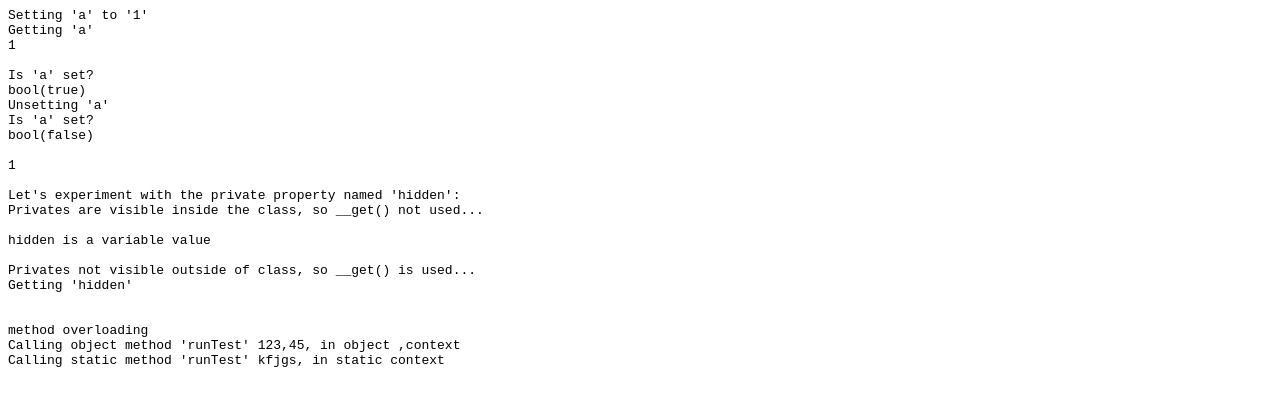
Repository: jyotsna1234/bugappmvc
Page: http://localhost/overloading.php
These files come from the project's save history. The page is drawn as it stood at one moment and after the next save; the edit follows.
The browser window is 1280 px wide. The pictures show the whole page.
The page is run by PHP 8.4 with error messages shown; the project is at /var/www/html/.

Above is the page before, as saved 2014-04-09 04:17:32.

### oops_php/overloading.php
<?php

 ini_set('displayerror', 1);

class PropertyTest
{
    /**  Location for overloaded data.  */
    private $data = array();

    /**  Overloading not used on declared properties.  */
    public $declared = 1;

    /**  Overloading only used on this when accessed outside the class.  */
    private $hidden = 'hidden';

    public function __set($name, $value)
    {
        echo "Setting '$name' to '$value'\n";
        $this->data[$name] = $value;
    }

    public function __get($name)
    {
        echo "Getting '$name'\n";
        if (array_key_exists($name, $this->data)) {
            return $this->data[$name];
        }

        return null;
    }

    /**  As of PHP 5.1.0  */
    public function __isset($name)
    {
        echo "Is '$name' set?\n";
        return isset($this->data[$name]);
    }

    /**  As of PHP 5.1.0  */
    public function __unset($name)
    {
        echo "Unsetting '$name'\n";
        unset($this->data[$name]);
    }

    /**  Not a magic method, just here for example.  */
    public function getHidden()
    {
        return $this->hidden;
    }
}

echo "<pre>\n";

$obj = new PropertyTest;

$obj->a = 1;
echo $obj->a . "\n\n";

var_dump(isset($obj->a));
unset($obj->a);
var_dump(isset($obj->a));
echo "\n";

echo $obj->declared . "\n\n";

echo "Let's experiment with the private property named 'hidden':\n";
echo "Privates are visible inside the class, so __get() not used...\n<br>";
echo $obj->getHidden() .  " is a variable value"."\n<br>";
echo "Privates not visible outside of class, so __get() is used...\n";
echo $obj->hidden . "\n\n";

 echo "method overloading\n";


class MethodTest
{
    public function __call($name, $arguments)
    {
        // Note: value of $name is case sensitive.
        echo "Calling object method '$name' "
             . implode(', ', $arguments). "\n";
    }

    /**  As of PHP 5.3.0  */
    public static function __callStatic($name, $arguments)
    {
        // Note: value of $name is case sensitive.
        echo "Calling static method '$name' "
             . implode(', ', $arguments). "\n";
    }
}

$obj = new MethodTest;
$obj->runTest('123,45','in object ,context');

MethodTest::runTest('kfjgs','in static context');  // As of PHP 5.3.0





/*function overloading is not possible but ic an be done through call and call_static
 * class Overloading  {
	var $data;
	var $value;
	public function method1()
	{
	echo "enterd into method";

	}

}
$overload1=new Overloading();

  $overload1->method1();

 $overload1->method1('name','dale');

*/
?>

After the next save:
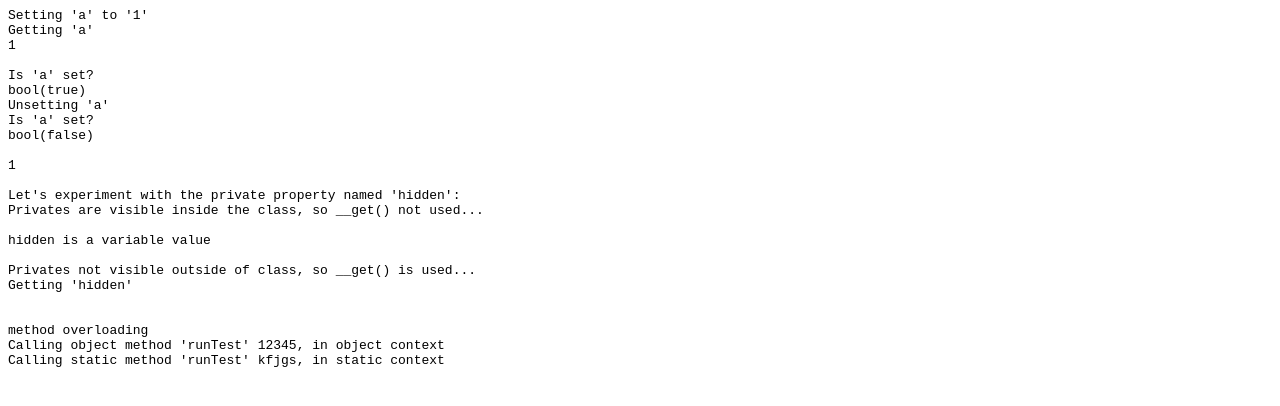
Saved 21 s later.
--- a/oops_php/overloading.php
+++ b/oops_php/overloading.php
@@ -92,7 +92,7 @@ class MethodTest
 }
 
 $obj = new MethodTest;
-$obj->runTest('123,45','in object ,context');
+$obj->runTest('12345','in object context');
 
 MethodTest::runTest('kfjgs','in static context');  // As of PHP 5.3.0
 
